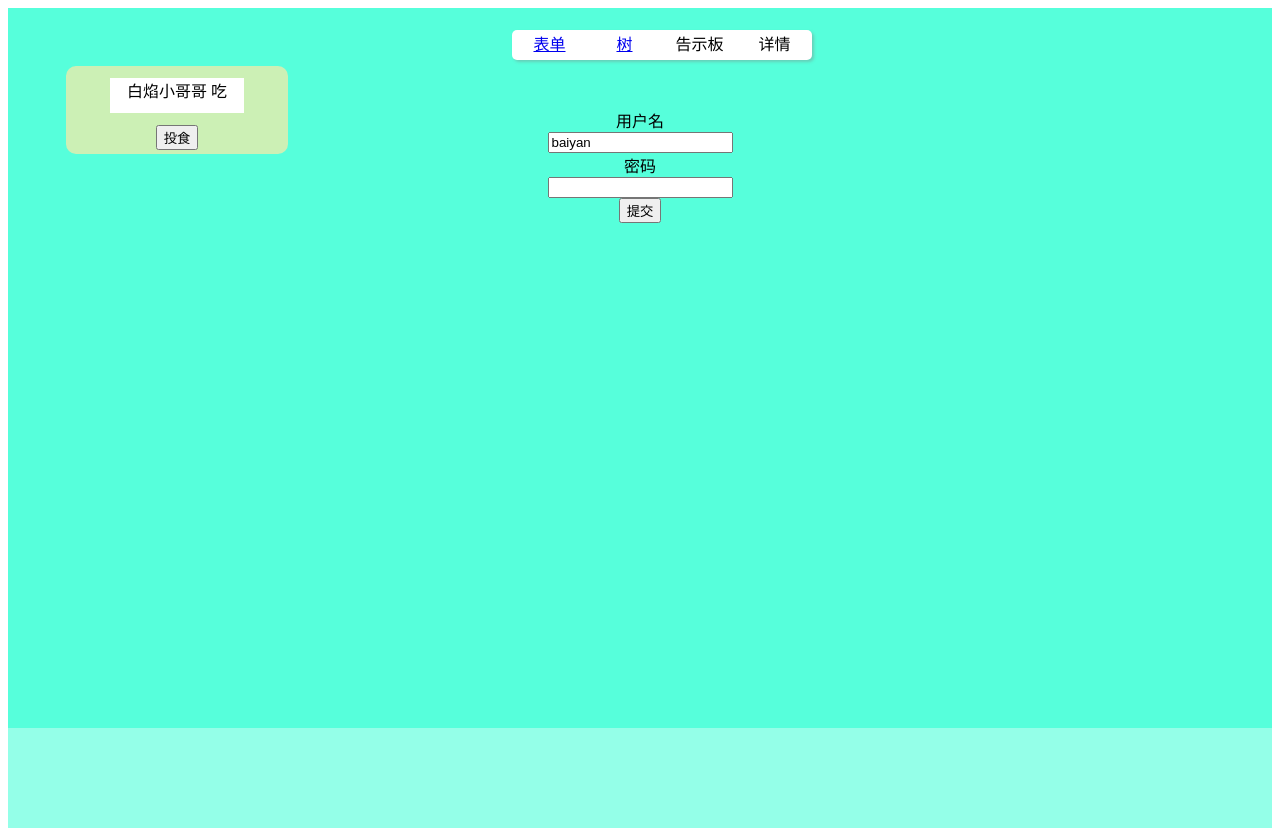
Repository: lxl0302/ClassBegin_-sound_code
Page: /#/kform
These files come from the project's save history. The page is drawn as it stood at one moment and after the next save; the edit follows.
The browser window is 1280 px wide. The pictures show the whole page.
The project was rebuilt for these pictures with package versions that can differ from the ones it lists, and the page was loaded fresh each time. Also part of the build but not shown: src/notice/KNotice.vue, src/tree/Item1.vue, src/tree/index1.vue, src/views/homepage.vue.

Above is the page before, as saved 2020-07-10 17:19:45.

### src/main.js
import Vue from 'vue'
import App from './App.vue'
import create from './utils/create'
import router from './router/index'
import store from './store/index'

Vue.config.productionTip = false

Vue.prototype.$create =create

new Vue({
  router,
  store,
  render: h => h(App),
}).$mount('#app')

### src/App.vue
<template>
  <div id="app">
    <HelloWorld />
  </div>
</template>

<script>
import HelloWorld from './views/index'

export default {
  name: 'App',
  components: {
    HelloWorld
  }
}
</script>

<style>
  html,body{
    height: 100%;
  }
  #app {
    height: 100%;
  }
</style>

### src/utils/create.js
import Vue from 'vue';

export default function create(Component, props) {
  // 先创建实例
  const vm = new Vue({
    render(h) {
      // h就是createElement, 它返回VNode
      return h(Component, {props})
    }
  }).$mount();
  // 手动挂在dom 创建实例后 会有与实例对应的实体dom
  document.body.appendChild(vm.$el)
  // 销毁方法
  const comp = vm.$children[0];
  comp.remove = function() {
    document.body.removeChild(vm.$el); // 移除实体dom
    vm.$destroy() // 销毁实例
  }
  return comp
}

### src/router/index.js
import Vue from "vue";
import VueRouter from "vue-router";

// 1.安装插件
Vue.use(VueRouter);

// 2.创建vue-router实例
//   2.1 导入路由映射组件
import KFrom from "../form/index.vue";
import Tree from "../tree/index1.vue";
import HomePage from '../views/homepage.vue'
const router = new VueRouter({
  // 配置映射
  routes: [
    {
      path: '',
      redirect: '/pagehome'
    },
    {
      path: '/pagehome',
      component: HomePage
    },
    {
      path: "/kform", // 设置路由路径
      component: KFrom, // 路由路径对应组件
    },
    {
      path: "/tree",
      component: Tree,
    },
  ]
});

// 3.导出
export default router;

### src/store/index.js
import Vuex from 'vuex'
import Vue from 'vue'

Vue.use(Vuex)

const store = new Vuex.Store({
  state: {
    eatFood: '',
    masterName: '白焰小哥哥'
  },
  mutations: {
    getFoods(state) {
      state.eatFood  = '鸡腿'
    },
    decrement(state) {
      state.eatFood --
    }
  }
})

export default store

### src/views/index.vue
<template>
  <div class="zong">
    <storeView></storeView>
    <div class="toolbar">
      <span><router-link to="/kform">表单</router-link></span>
      <span><router-link to="/tree">树</router-link></span>
      <span>告示板</span>
      <span>详情</span>
    </div>
    <!-- 展示路由组件 -->
    <router-view></router-view>
  </div>
</template>

<script>
  import storeView from './storeView'
  export default {
    name: 'index',
    components: {
      storeView
    },
    data() {
      return {}
    },
    computed: {
      testData() {
        return this.$store.state.count
      }
    },
    mounted() {},
    methods: {
      formClick() {
        this.$router.push('/kform')
      },
      treeClick() {
        this.$router.push('/tree')
      }
    }
  }
</script>
<style scoped>
  div {
    /*早期浏览器*/
    user-select: none;
  }

  .zong {
    width: 100%;
    height: 100%;
    background-color: rgba(0, 255, 200, 0.418);
  }

  .toolbar {
    position: absolute;
    top: 30px;
    left: 40%;
    width: 300px;
    height: 30px;
    border-radius: 5px;
    background-color: white;
    box-shadow: 2px 2px 3px rgba(128, 128, 128, 0.377);
    /* 设置元素两端对齐 */
    text-align: justify;
  }

  .toolbar::after {
    content: '';
    display: inline-block;
    overflow: hidden;
    width: 100%;
  }

  .toolbar span {
    width: 25%;
    /* 设置盒子为行内块 */
    display: inline-block;
    /* background-color: skyblue; */
    /* 设置盒子内元素水平居中 */
    text-align: center;
    /* 设置盒子内容垂直居中 */
    line-height: 30px;
  }

  .toolbar span:hover {
    font-size: 16px;
    color: rgb(47, 206, 255);
  }
</style>

### src/form/index.vue
<template>
  <div class="zong">
    <k-form :model="model" :rules="rules" ref="loginForm">
      <k-form-item label="用户名" prop="username">
        <k-input v-model="model.username" autocomplete="off"></k-input>
      </k-form-item>
      <k-form-item label="密码" prop="password">
        <k-input type="password" v-model="model.password" autocomplete="off"></k-input>
      </k-form-item>
      <k-form-item>
        <button @click="submitForm('loginForm')">提交</button>
      </k-form-item>
    </k-form>
  </div>
</template>

<script>
import KForm from './Form'
import KFormItem from './FromItem'
import KInput from './Input'

import KNotice from '../notice/KNotice'
export default {
  name: 'index',
  components: {
    KForm,
    KFormItem,
    KInput
  },
  data() {
    return {
      model: {username: "baiyan", password: ""},
      rules: {
        username: [{required: true, message: "请输入用户名"}],
        password: [{required: true, message: "请输入密码"}]
      }
    }
  },
  methods: {
    submitForm(form) {
      this.$refs[form].validateForm(valid => {
        const notice = this.$create(KNotice, {
          title: "温馨提示",
          message: valid ? "抓紧给老子登录!" : "校验失败",
          duration: 1000
        });
        notice.show()
      });
    }
  }
}
</script>
<style scoped>
.zong{
  height: 100%;
  width: 100%;
  padding-top: 100px;
  text-align: center;
}
</style>

### src/views/storeView.vue
<template>
  <div class="storezong">
    <div class="shichuang">
      {{this.$store.state.masterName}} 吃 {{this.$store.state.eatFood}}
    </div>
    <button @click="EatClick">投食</button>
  </div>
</template>

<script>
export default {
  name: '',
  components: {},
  data() {
    return {}
  },
  computed: {},
  methods: {
    EatClick() {
      this.$store.commit('getFoods')
    }
  }
}
</script>
<style scoped>
.storezong {
  position: absolute;
  top: 66px;
  left: 66px;
  height: 88px;
  width: 222px;
  background-color: rgba(235, 236, 173, 0.795);
  border-radius: 10px;
  text-align: center;
}
.shichuang {
  width: 60%;
  height: 40%;
  margin: 12px auto;
  background-color: #fff;
}
</style>

### src/form/Form.vue
<template>
  <div class>
    <slot></slot>
  </div>
</template>

<script>
export default {
  name: 'Form',
  provide() {
    return {
      form: this
    }
  },
  props: {
    model: {
      // 数据
      type: Object,
      required: true
    },
    rules: {
      // 校验规则
      type: Object
    }
  },
  mounted() {
    console.log('$router', this.$router);
  },
  methods: {
    // 校验的最后结果
    validateForm(cb) {
      const tasks = this.$children
        .filter(item => item.prop) // 过滤掉按钮
        .map(item => item.validate()) // 查询数组中的值
      console.log('答案', tasks);

      // 结果返回的是promise数组,通过数组来校验 集合
      Promise.all(tasks)
        .then(() => cb(true))
        .catch(() => cb(false))
    }
  }
}
</script>
<style scoped>
</style>

### src/form/FromItem.vue
<template>
  <div class>
    <label v-if="label">{{label}}</label>
    <slot></slot>
    <p v-if="errorMessage">{{errorMessage}}</p>
  </div>
</template>

<script>
import Schema from 'async-validator'
export default {
  name: 'FromItem',
  inject: ['form'],
  props: {
    label: {
      type: String,
      default: ''
    },
    prop: {
      type: String
    }
  },
  data() {
    return {
      errorMessage: ''
    }
  },
  mounted() {
    this.$on('validate', () => {
      this.validate
    })
  },
  methods: {
    validate() {
      // 做校验
      const value = this.form.model[this.prop]
      const rules = this.form.rules[this.prop]
      const desc = { [this.prop]: rules }
      const schema = new Schema(desc)
      // return的是校验结果的Promise
      return schema.validate({ [this.prop]: value }, errors => {
        if (errors) {
          this.errorMessage = errors[0].message
        } else {
          this.errorMessage = ''
        }
      })
    }
  }
}
</script>
<style scoped>
</style>

### src/form/Input.vue
<template>
  <div class>
    <input :value="value" @input="changeMethods" v-bind="$attrs">
  </div>
</template>

<script>
export default {
  name: '',
  components: {},
  props: {
    value: {
      type: String
    }
  },
  computed: {},
  mounted() {},
  methods: {
    changeMethods(e) {
      this.$emit('input', e.target.value)
      // 将值返给fomritem 做校验
      this.$parent.$emit('validate')
    }
  }
}
</script>
<style scoped>
</style>

Loaded but not shown: public/index.html (common file)

After the next save:
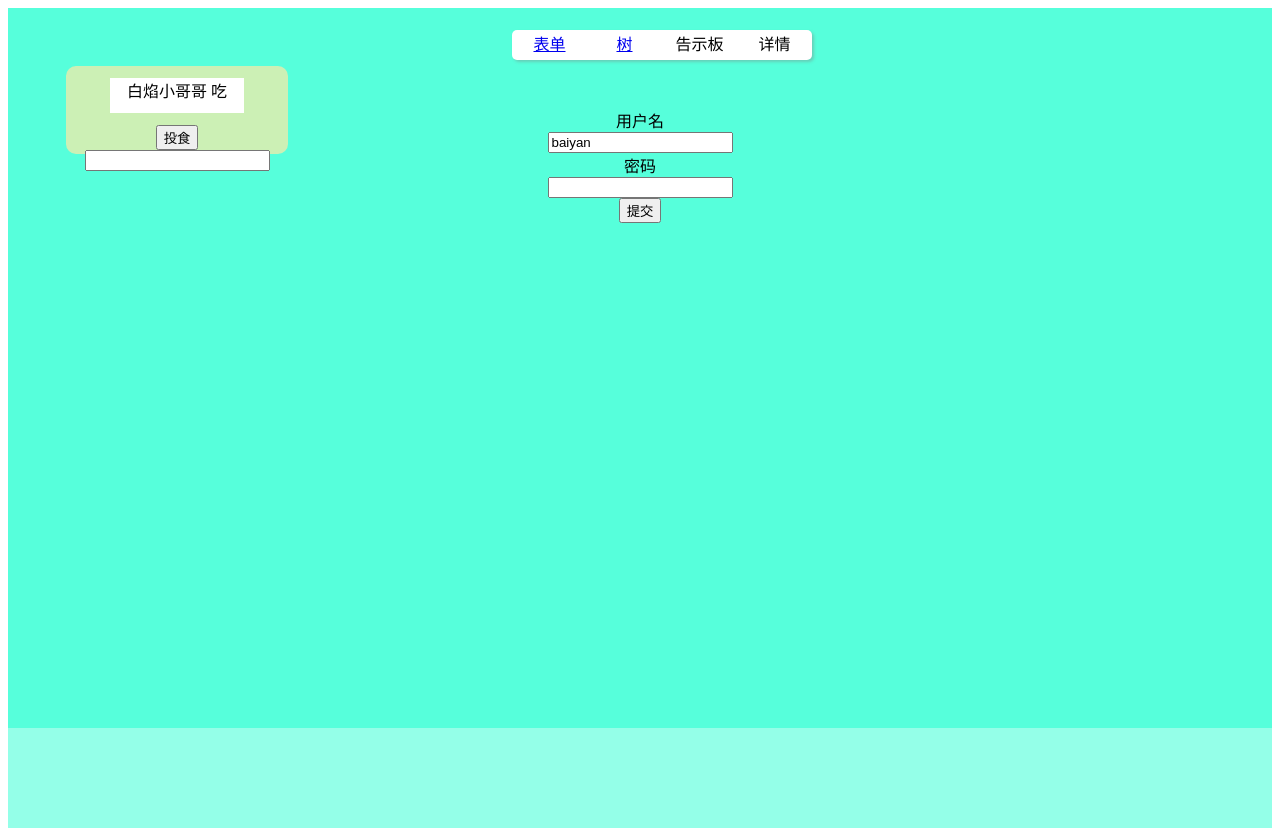
Saved 25 s later.
--- a/src/views/storeView.vue
+++ b/src/views/storeView.vue
@@ -4,6 +4,7 @@
       {{this.$store.state.masterName}} 吃 {{this.$store.state.eatFood}}
     </div>
     <button @click="EatClick">投食</button>
+    <input>
   </div>
 </template>
 
